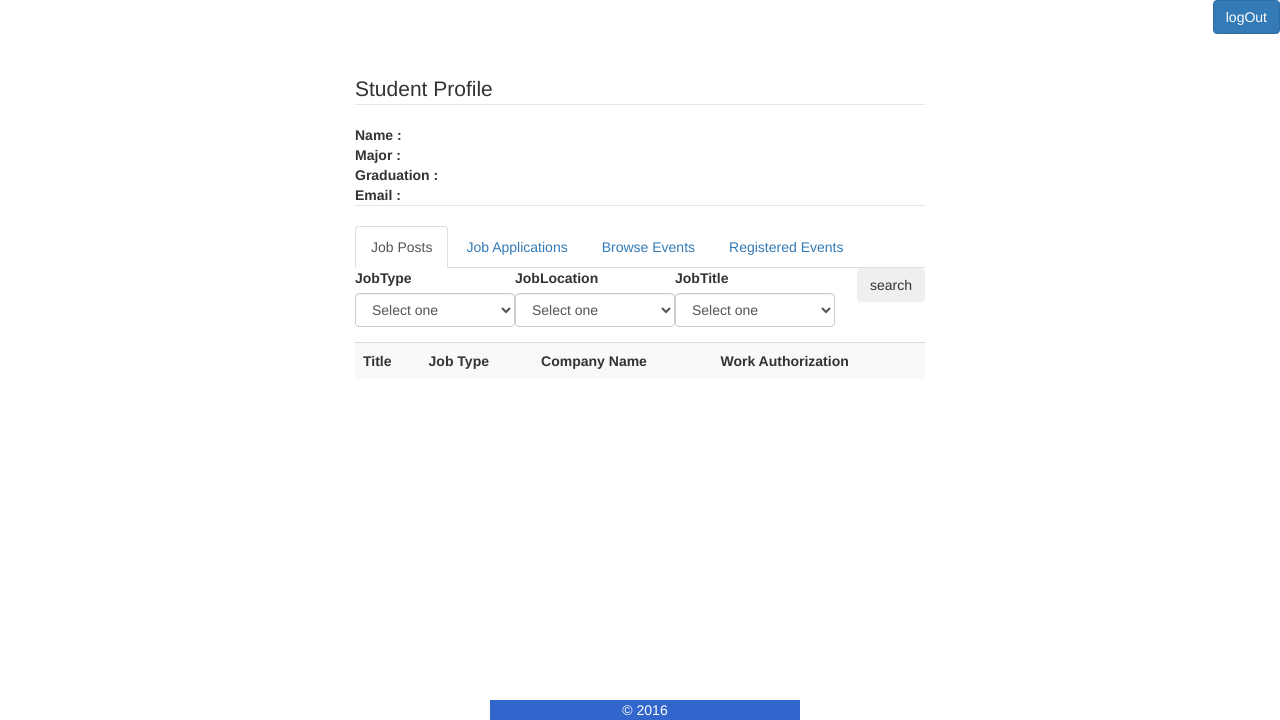
Repository: merlynfrank/AcademicProjects
Page: http://localhost/studenthome
The author's editor kept a copy of each file at every save. The page is drawn from the files as they stood at one save, then again after the next save.
The browser window is 1280 px wide. The pictures show the whole page.
The page is this project's Thymeleaf template; nobody is signed in. The template is opened directly, without the code that normally fills it, so the values that code supplies are empty.

Above is the page before, as saved 2018-12-01 06:39:01.

After the next save:
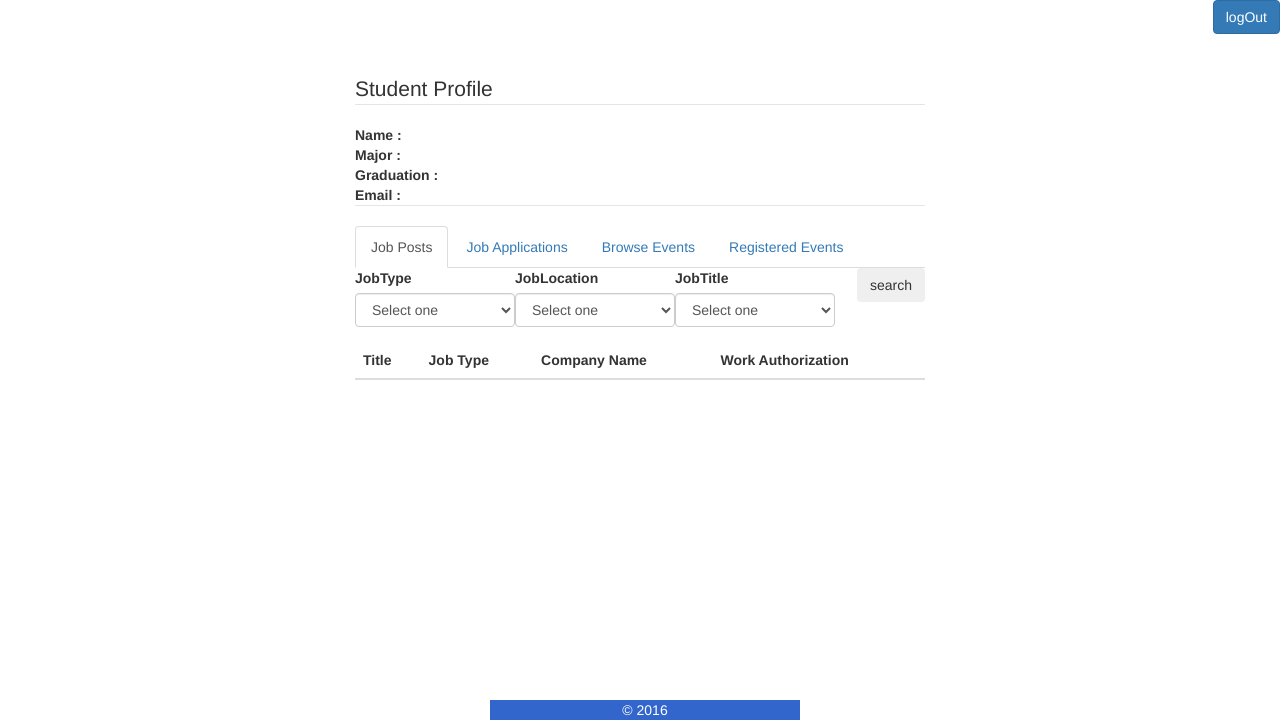
Saved 115 s later.
--- a/smith-is-internship/src/main/resources/templates/studenthome.html
+++ b/smith-is-internship/src/main/resources/templates/studenthome.html
@@ -110,12 +110,14 @@
 				</form>
 				<div class="form-elegant scrollbar-light-blue">
 					<table class="table table-hover table-striped">
+					<thead class="thead-dark">
 					<tr>
 						<th>Title</th>
 						<th>Job Type</th>
 						<th>Company Name</th>
 						<th>Work Authorization</th>
 					</tr>
+					</thead>
 						<div th:each="job : ${jobs}">
 					<tr>
 						<td><span th:text="${job.jobTitle}"/></td>
